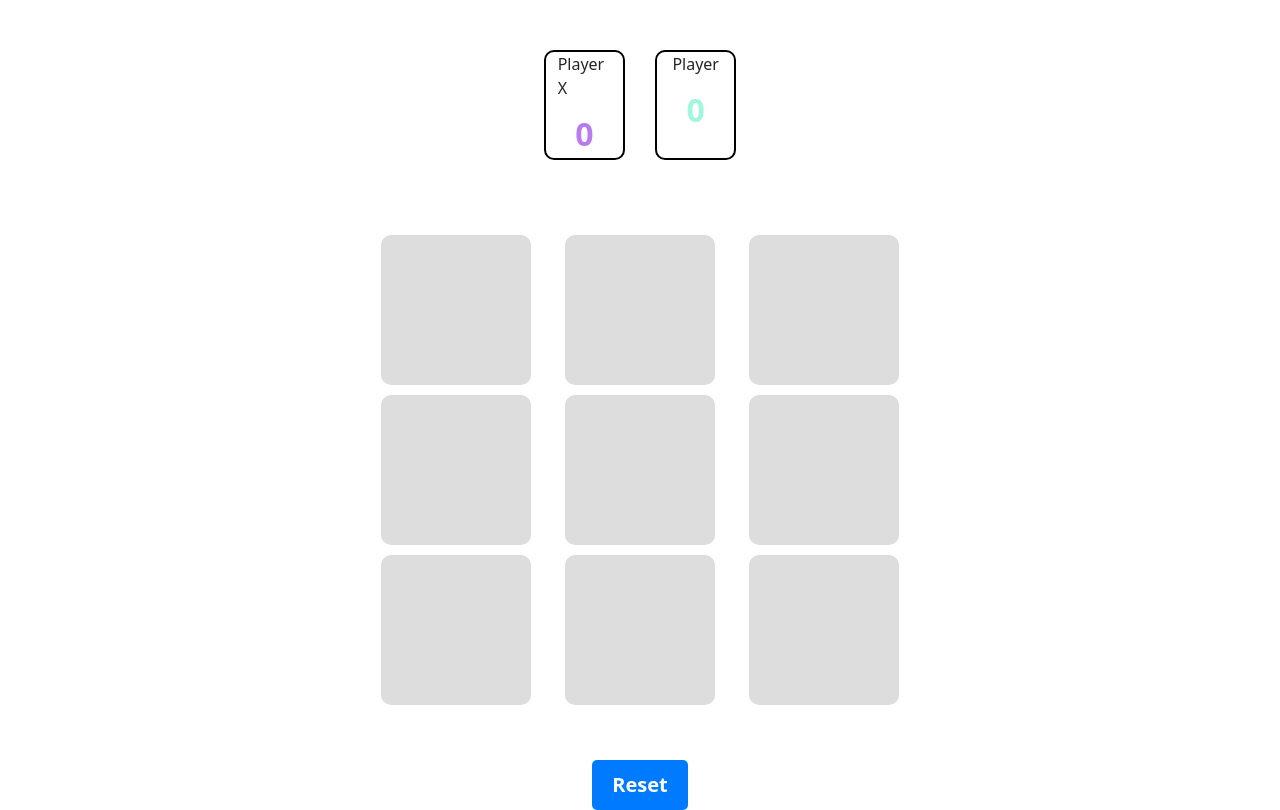
Repository: woodsdeshe/Tic-Tac-Toe
Page: index.html
These files come from the project's save history. The page is drawn as it stood at one moment and after a run of saves; the edit follows.
The browser window is 1280 px wide. The pictures show the whole page.

Above is the page before, as saved 2023-03-31 20:40:30.

After the next 4 saves:
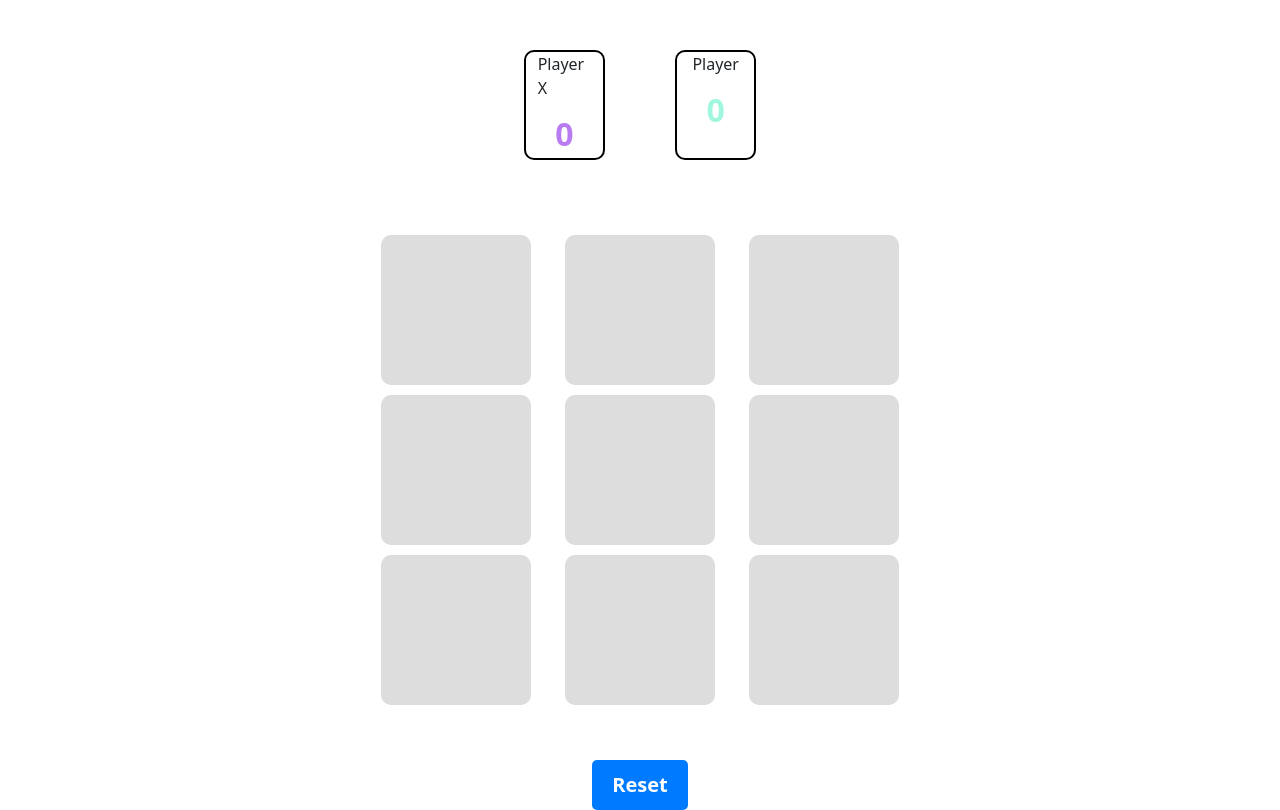
The 4 saves are shown as one change because they came seconds apart.
The last was saved 27 s later.
--- a/styles.css
+++ b/styles.css
@@ -15,7 +15,7 @@
 }
 
 .scoreboard-left {
-    margin-right: 30px;
+    margin-right: 70px;
   }
 
 .scoreboard-right {
